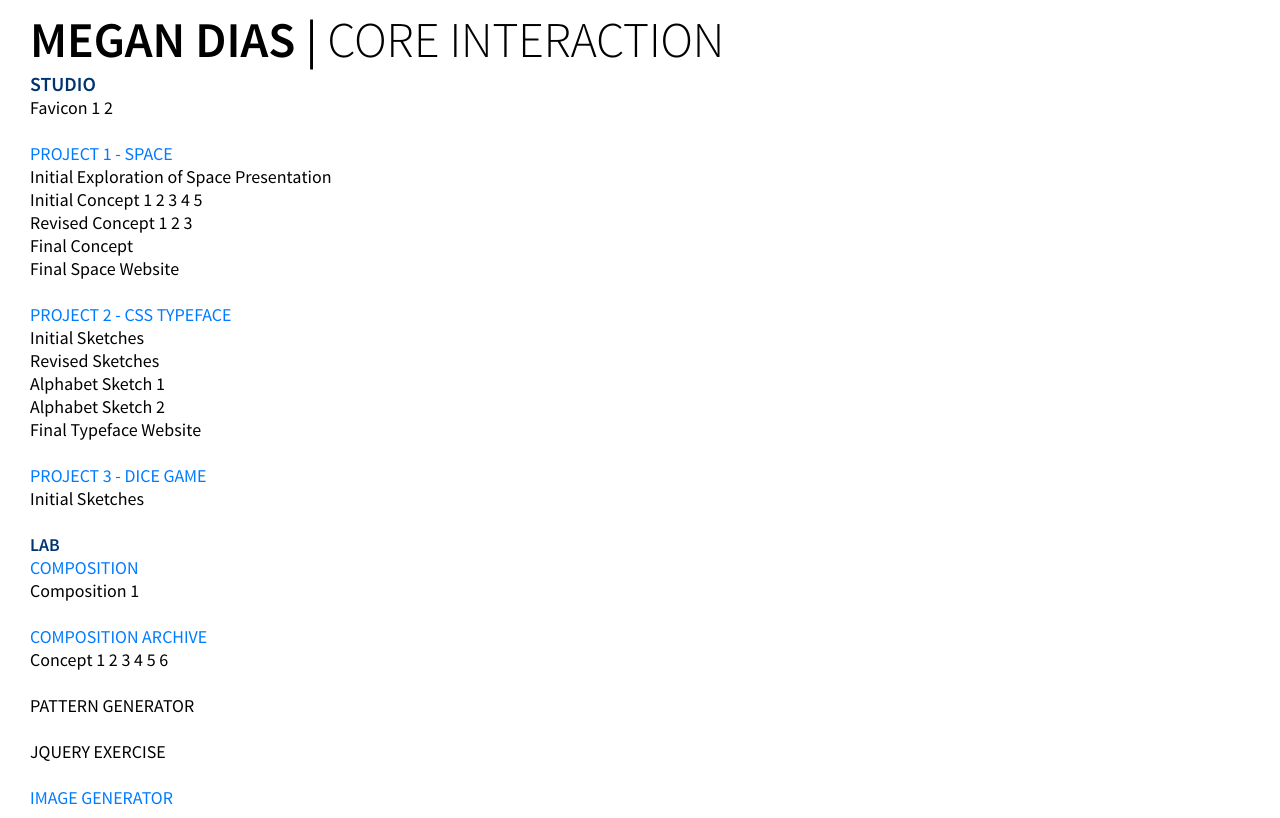
Repository: diasm568/diasm568.github.io
Page: index.html
The author's editor kept a record of every edit. The page is drawn from the files as they stood at one moment, then again after the next edit.
The browser window is 1280 px wide. The pictures show the whole page.

Above is the page before.

After the next edit:
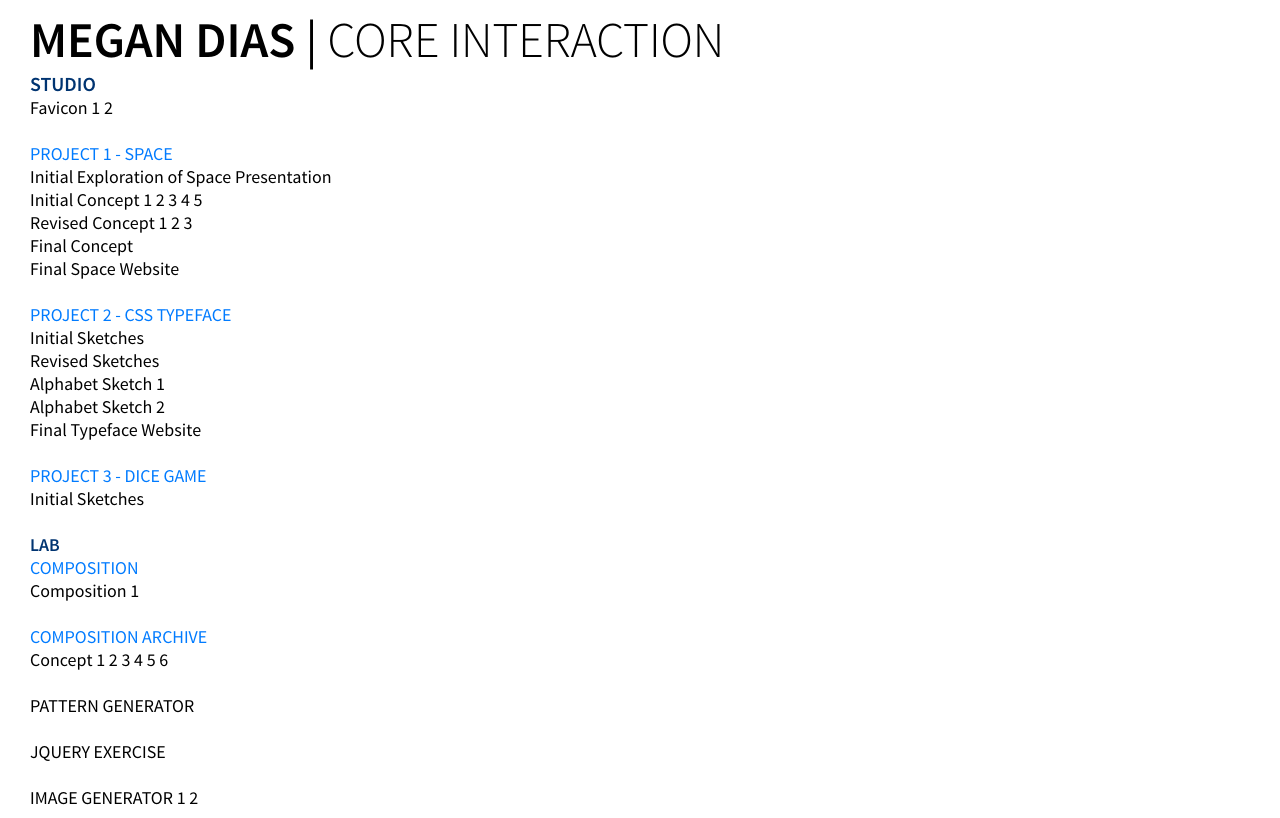
The edit:
--- a/index.html
+++ b/index.html
@@ -61,7 +61,7 @@
         <span style="text-transform: uppercase"><a href="lab/jqueryExercise/index.html">jQuery Exercise</a></span>
         <br>
         <br>
-        <span style="text-transform: uppercase">Image Generator</a></span>
+        <span style="text-transform: uppercase"><a href="lab/imageGenerator/index.html">Image Generator 1</a></span><span style="text-transform: uppercase"><a href="lab/imageGenerator2/index.html">    2    </a></span>
 
 </body>
 
